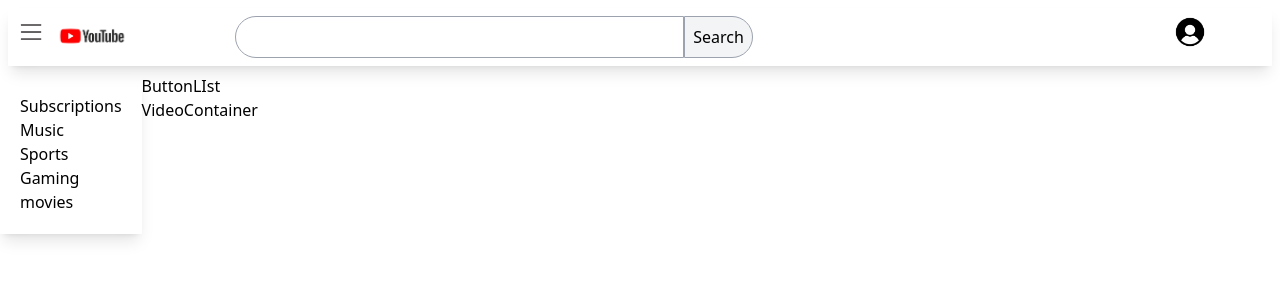
Repository: AmolPawar7181/namaste-youtube
Page: /watch
The author's editor kept a copy of each file at every save. The page is drawn from the files as they stood at one save, then again after the next save.
The browser window is 1280 px wide. The pictures show the whole page.
The project was rebuilt for these pictures with package versions that can differ from the ones it lists, and the page was loaded fresh each time. Also part of the build but not shown: vite.config.ts.

Above is the page before, as saved 2023-03-19 12:22:27.

After the next save:
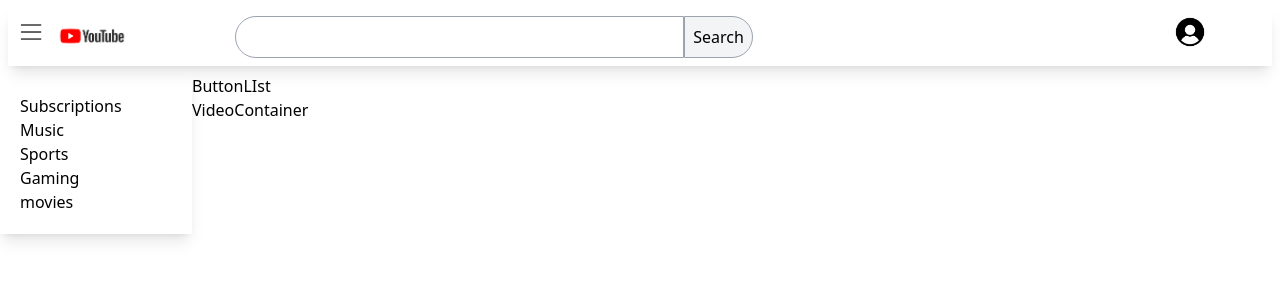
Saved 24 s later.
--- a/src/components/SideBar.tsx
+++ b/src/components/SideBar.tsx
@@ -2,7 +2,7 @@
 
 const SideBar = () => {
 	return (
-		<div className='p-5 shadow-lg '>
+		<div className='p-5 shadow-lg w-48'>
 			<h1>Subscriptions</h1>
 			<ul>
 				<li>Music</li>
